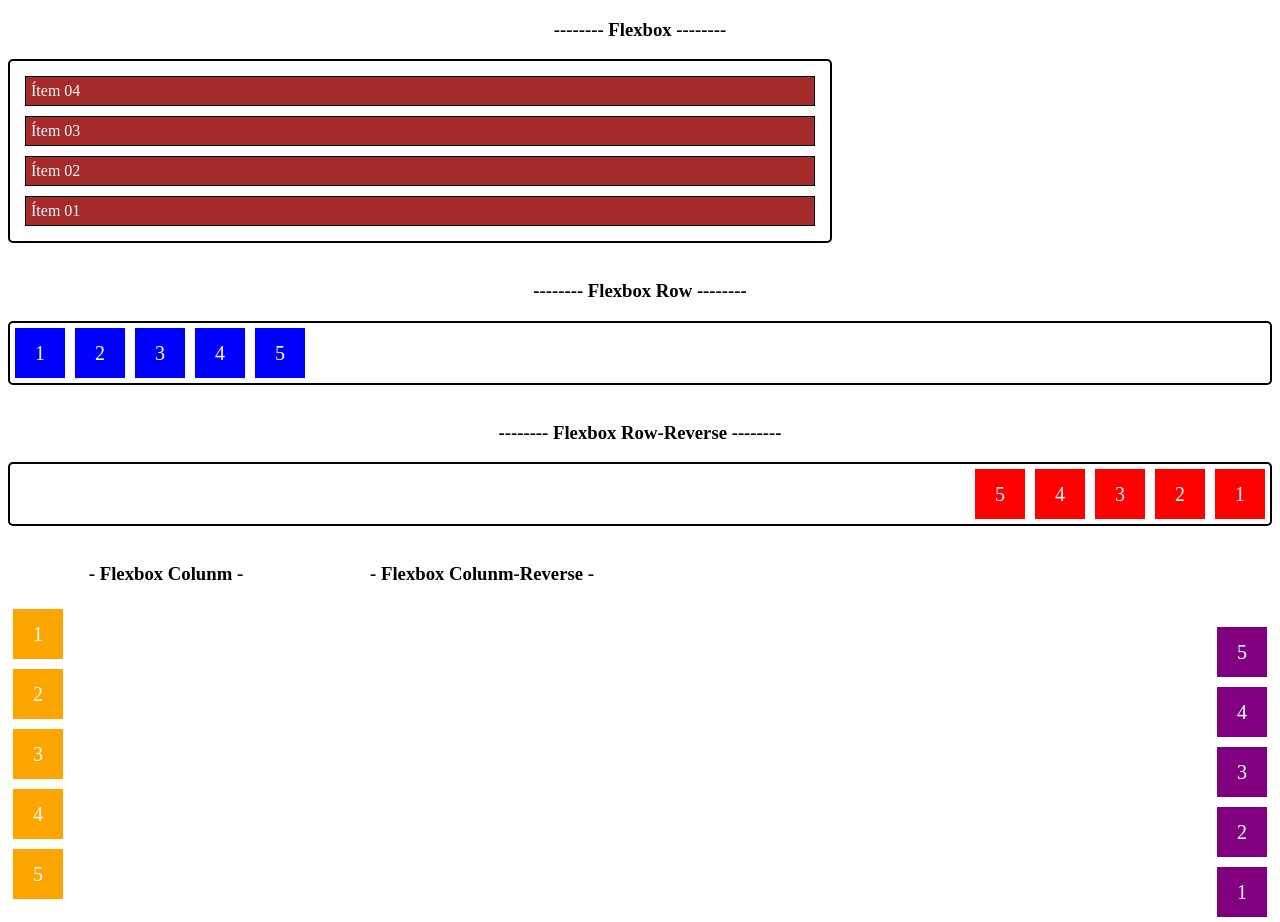
Repository: ozielms/flexbox
Page: outros/flexbox-master/index.html
An editor plug-in stored every save of this project. The page is shown before and after the next save, followed by the edit.
The browser window is 1280 px wide. The pictures show the whole page.

Above is the page before, as saved 2022-04-26 00:09:40.

After the next save:
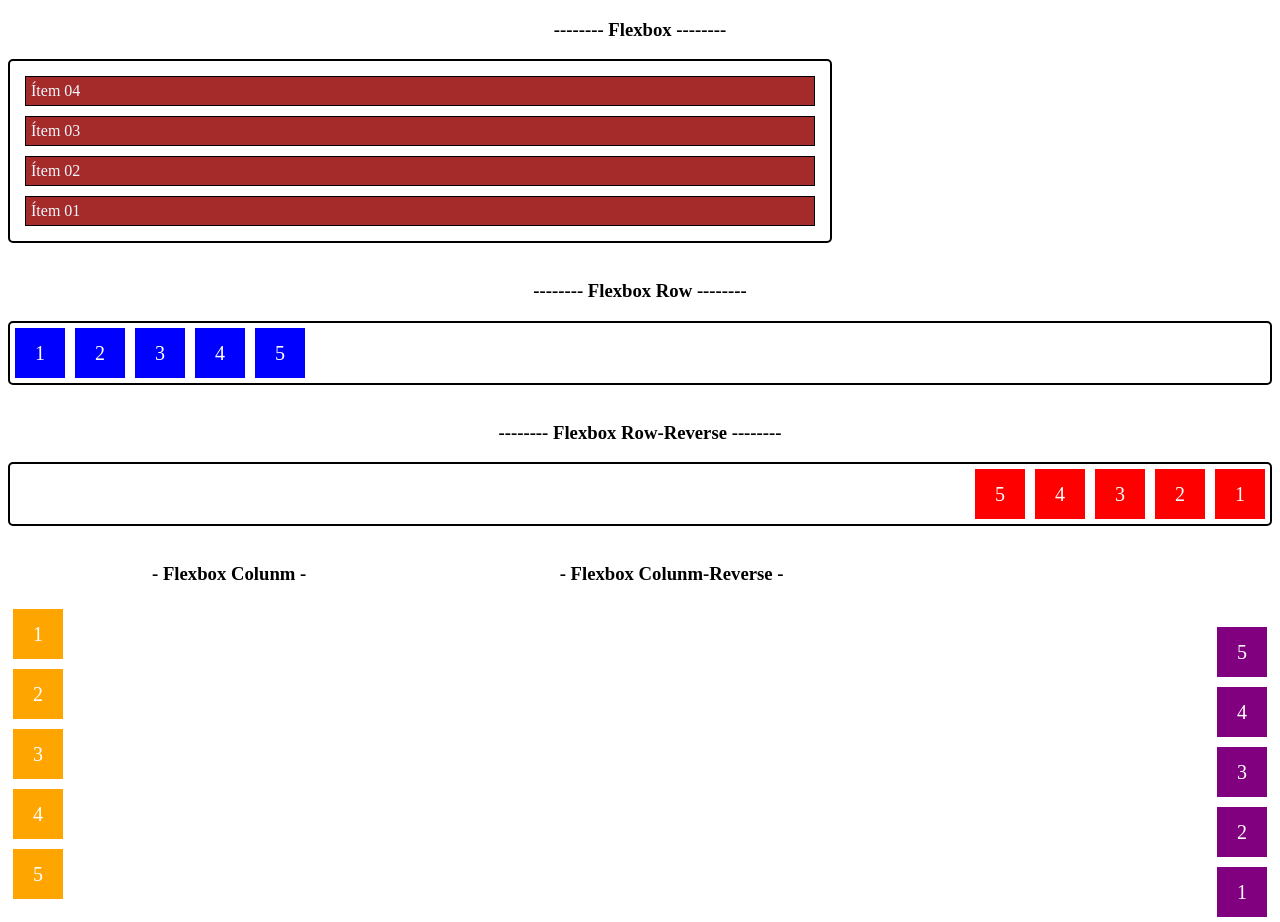
Saved 14 s later.
--- a/outros/flexbox-master/css/estilo.css
+++ b/outros/flexbox-master/css/estilo.css
@@ -8,12 +8,12 @@
 }
 
 .titulo-colunm {
-    width: 25%;
+    width: 35%;
     float: right;
 }
 
 .titulo-colunm-reverse {
-    width: 25%;
+    width: 35%;
     float: left;
 }
 
